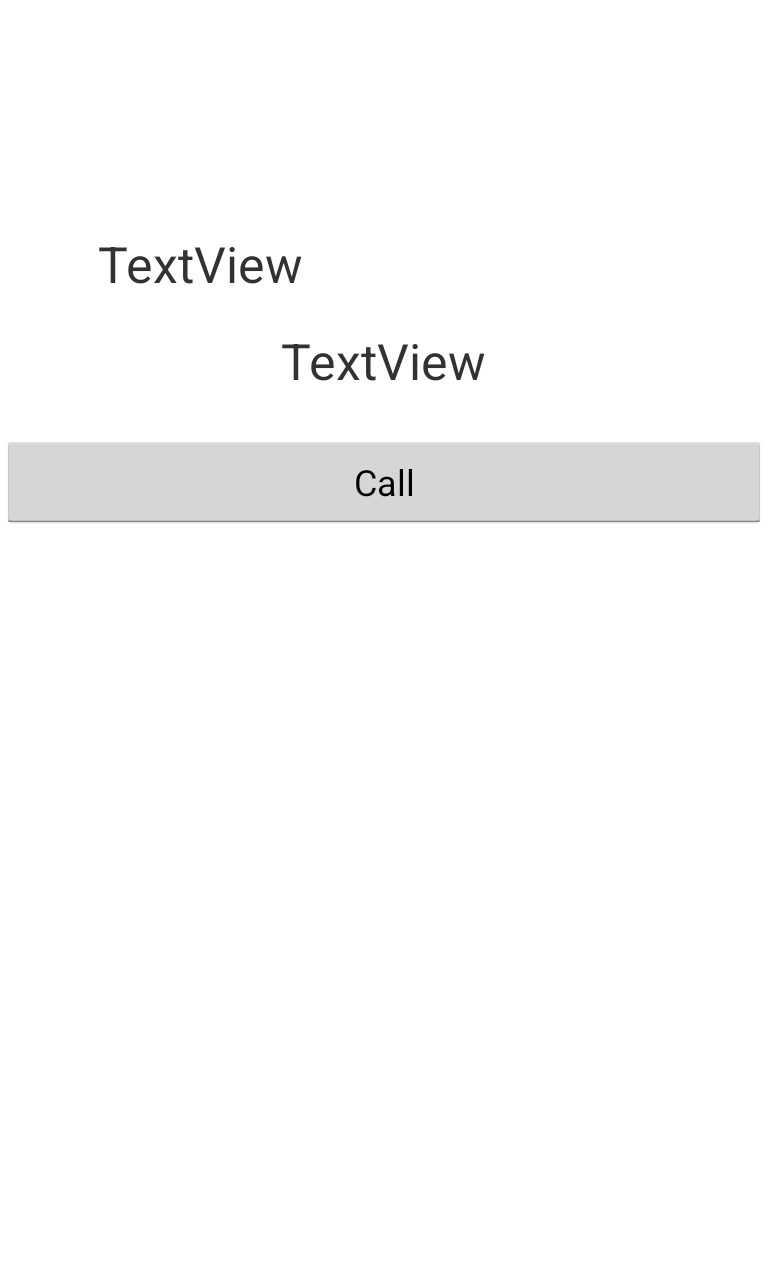
Repository: kenshiryu7/mdv-projects
Layout: Java_2/Java2_w3/res/layout/testing_view.xml
An editor plug-in stored every save of this project. The layout is shown before and after the next save, followed by the edit.
It is drawn on a 768 x 1280 px phone screen (xhdpi) without system bars, with theme AppTheme; the app's code is not run.

Above is the layout before, as saved 2012-12-04 03:29:41.

After the next save:
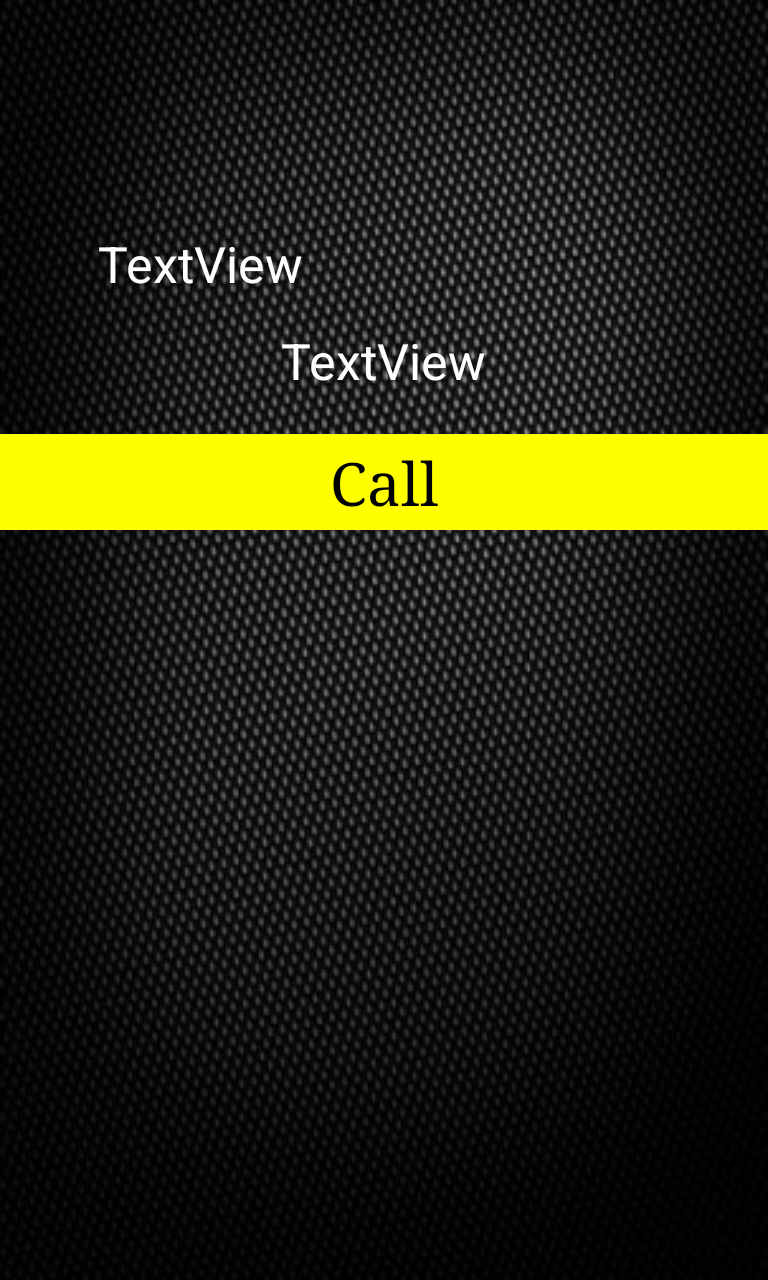
Saved 5 min 0 s later.
--- a/Java_2/Java2_w3/res/layout/testing_view.xml
+++ b/Java_2/Java2_w3/res/layout/testing_view.xml
@@ -2,7 +2,8 @@
     android:layout_width="match_parent"
     android:layout_height="match_parent"
     android:layout_margin="10dp"
-    android:orientation="vertical" >
+    android:orientation="vertical"
+    android:background="@drawable/main_bg" >
 
     <ImageView
         android:id="@+id/imageView1"
@@ -18,6 +19,7 @@
         android:layout_gravity="center"
         android:layout_marginTop="15dp"
         android:text="TextView"
+        android:textColor="#FFFFFF"
         android:textSize="25sp" />
 
     <TextView
@@ -27,6 +29,7 @@
         android:layout_gravity="center"
         android:layout_marginTop="15dp"
         android:text="TextView"
+        android:textColor="#FFFFFF"
         android:textSize="25dp" />
 
     <Button
@@ -34,6 +37,9 @@
         android:layout_width="match_parent"
         android:layout_height="wrap_content"
         android:layout_marginTop="20dp"
-        android:text="@string/make_call" />
+        android:background="#FFFF00"
+        android:text="@string/make_call"
+        android:textSize="30sp"
+        android:typeface="serif" />
 
 </LinearLayout>
